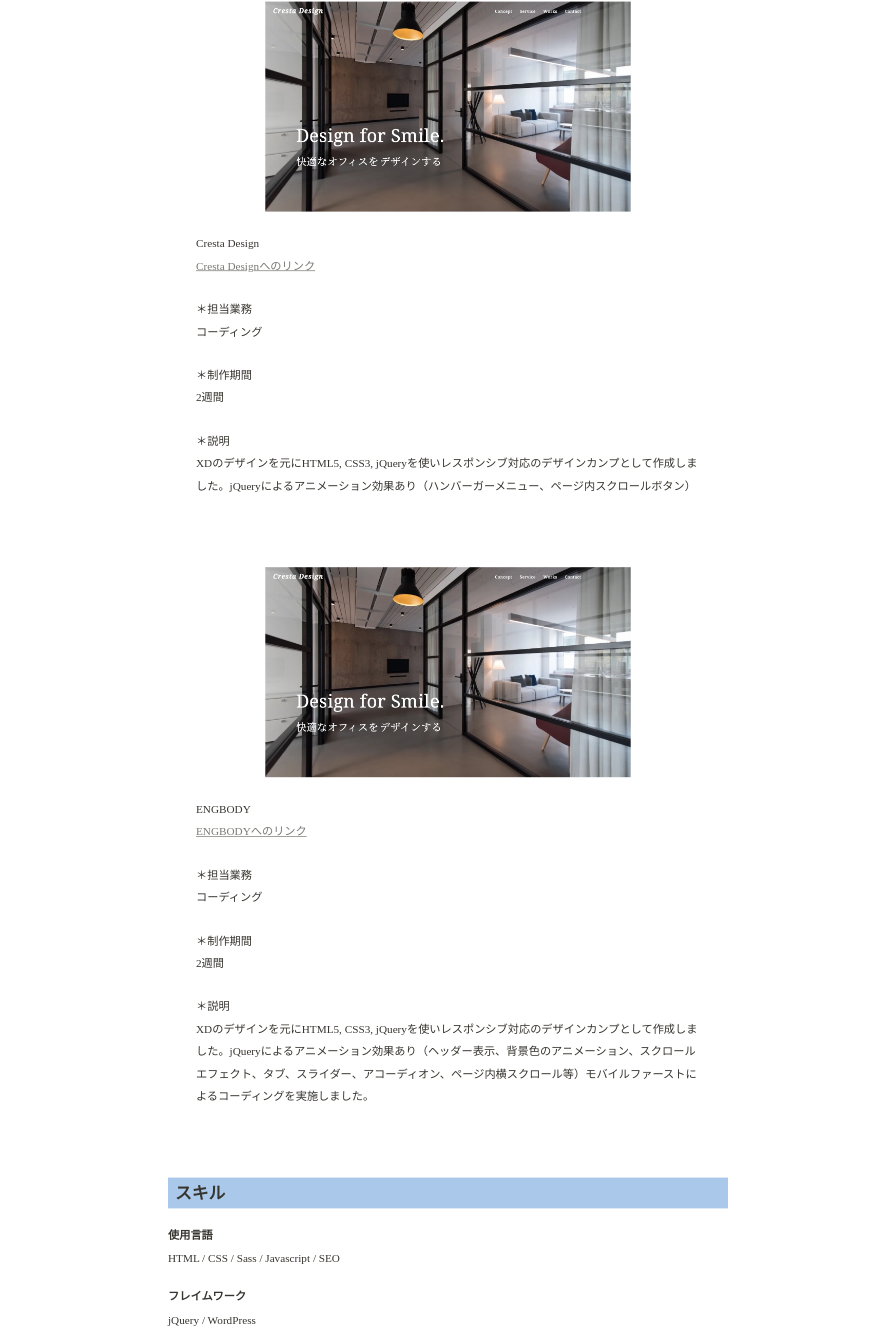
Repository: tetishi/my-portfolio
Page: index.html
These files come from the project's save history. The page is drawn as it stood at one moment and after the next save; the edit follows.
The browser window is 1280 px wide. The pictures show the part of the page from y = 2995 to 4915 px (the page is 6517 px tall), at 70% of full size.
The style sheet was rebuilt from its Sass, Less or Tailwind sources for each picture, by a compiler version that may differ from the author's.

Above is the page before, as saved 2023-08-06 15:42:39.

After the next save:
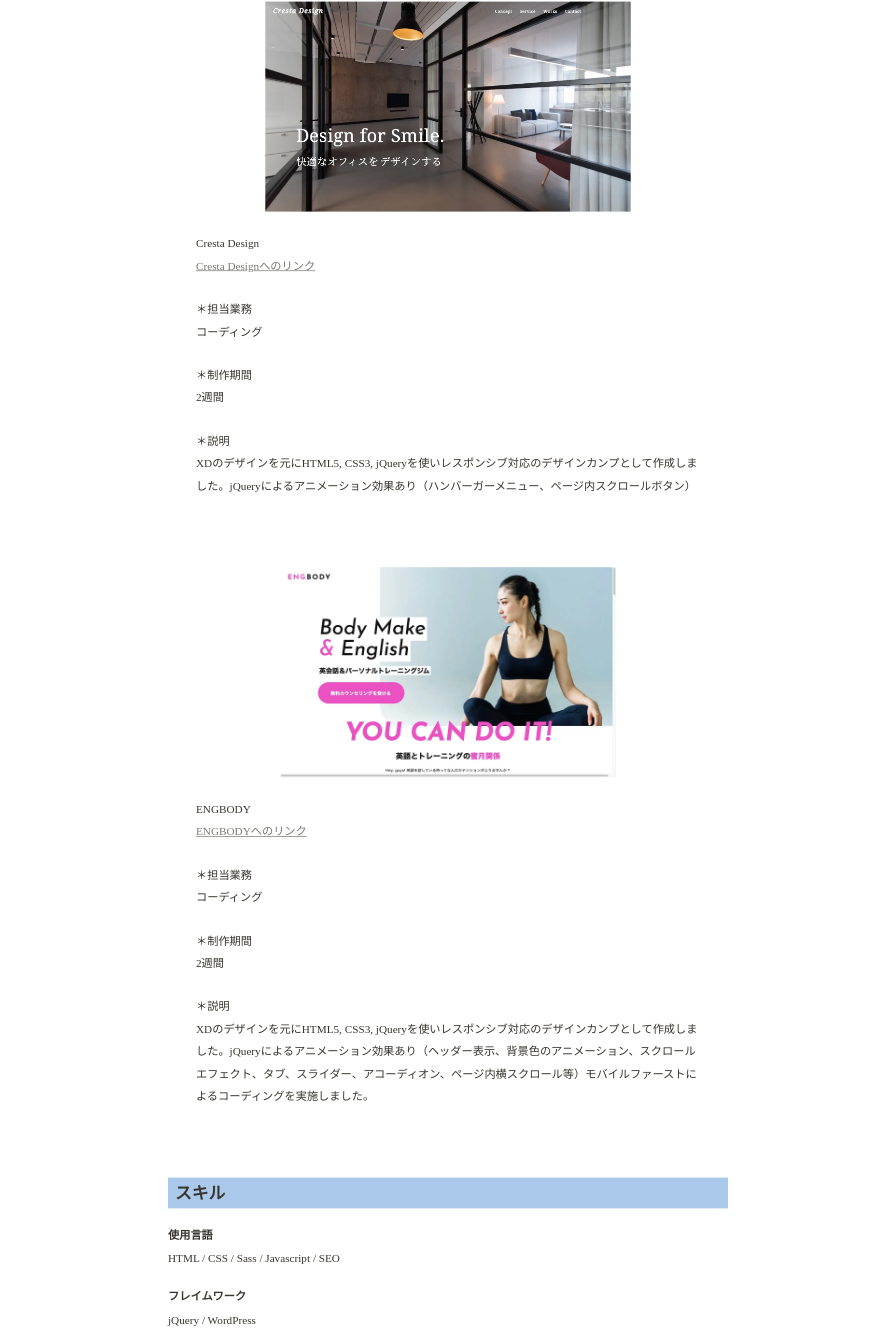
Saved 5 min 37 s later.
--- a/index.html
+++ b/index.html
@@ -126,7 +126,7 @@
             <div class="work">
                 <!-- サイトのイメージ写真を入れます -->
                 <picture>
-                    <source srcset="img/cresta-design.webp" type="image/webp">
+                    <source srcset="img/engbody.webp" type="image/webp">
                     <img src="img/cresta-design.png">
                 </picture>
                 <!-- ここ記入 -->
